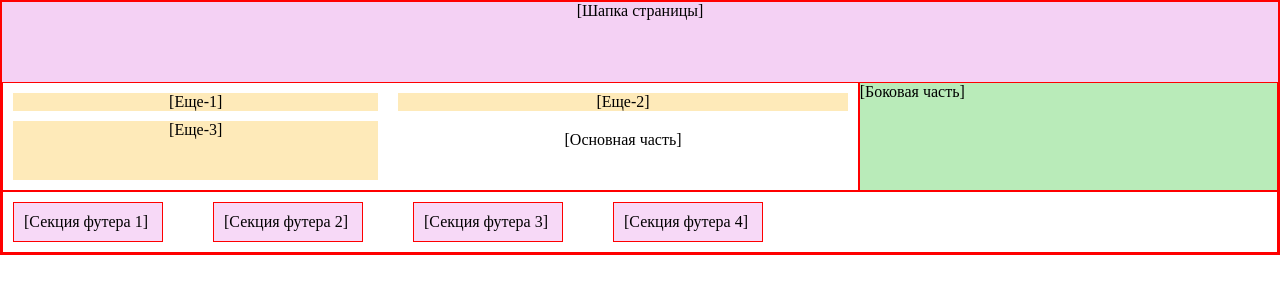
Repository: IrinaGetmanenko/week6
Page: grid.html
The author's editor kept a copy of each file at every save. The page is drawn from the files as they stood at one save, then again after the next save.
The browser window is 1280 px wide. The pictures show the whole page.

Above is the page before, as saved 2022-10-22 20:19:52.

### grid.html
<!DOCTYPE html>
<html lang="en">
<head>
    <meta charset="UTF-8">
    <meta http-equiv="X-UA-Compatible" content="IE=edge">
    <meta name="viewport" content="width=device-width, initial-scale=1.0">
    <title>Document</title>
    <link rel="stylesheet" href="assets\normalize.css">
</head>

<style>

.site{
  border: 2px solid red;
  display: grid;
  grid-template-areas:"header header header "
                       "inner inner  aside"
                       "inner inner aside"
                       "footer footer footer"
}

.header {
  background-color: rgb(244, 209, 244);
  grid-area: header;
  text-align: center;
  height: 80px;
}

.inner{
  border: 1px solid red;
  display: grid;
  grid-area: inner;
  grid-template-areas:"main main"
                       "left right"
                       "bottom bottom"

  background-color: beige;
  gap: 10px 20px;
  text-align: center;
  padding: 10px;


}

.main{
  grid-area: main;
padding: 10px 10px 30px;
 }

.block{
  background-color: rgb(254, 234,185);
  text-align: inherit;
}


.block left
{
  grid-area: left;

}

.block right
{
  grid-area:right;

}
.block bottom
{
  grid-area:bottom;

}


.aside {
  border: 1px solid red;
  grid-area: aside;
  background-color: rgb(185, 235, 185);

}

.footer {
grid-area: footer;
display: grid;
border: 1px solid red;
grid-template-columns: 150px 150px 150px 150px;
padding: 10px;
gap: 50px;
}

.section-1  {

  background-color: rgb(247, 217, 247);
border: 1px solid red;
padding: 10px;

}

.section-2  {
    border: 1px solid red;
  background-color: rgb(247, 217, 247);
  padding: 10px;
}

.section-3  {
    border: 1px solid red;
  background-color: rgb(247, 217, 247);
  padding: 10px;
}

.section-4  {
    border: 1px solid red;
  background-color: rgb(247, 217, 247);
  padding: 10px;
}

</style>
<body>

  <site class=" site">

<header class="header">[Шапка страницы]</header>


<div class="inner">
  <inner class="main">
    <span>[Основная часть]</span>
  </inner>
<div class="block left">
  <span>[Еще-1]</span>
  </div>
  <inner class="block right">
    <span>[Еще-2]</span>
  </inner>
    <inner class="block bottom">
      <span>[Еще-3]</span>
    </inner>
</div>

<aside class="aside">[Боковая часть]</aside>


<footer class="footer">
  <footer class="section-1">
    <span>[Секция футера 1]</span>
  </footer>
  <footer class="section-2">
    <span>[Секция футера 2]</span>
  </footer>
  <footer class="section-3">
    <span>[Секция футера 3]</span>
</footer>
    <footer class="section-4">
      <span>[Секция футера 4]</span>
  </footer>


</footer>

</site>



</body>
</html>

Loaded but not shown: assets/normalize.css (library)

After the next save:
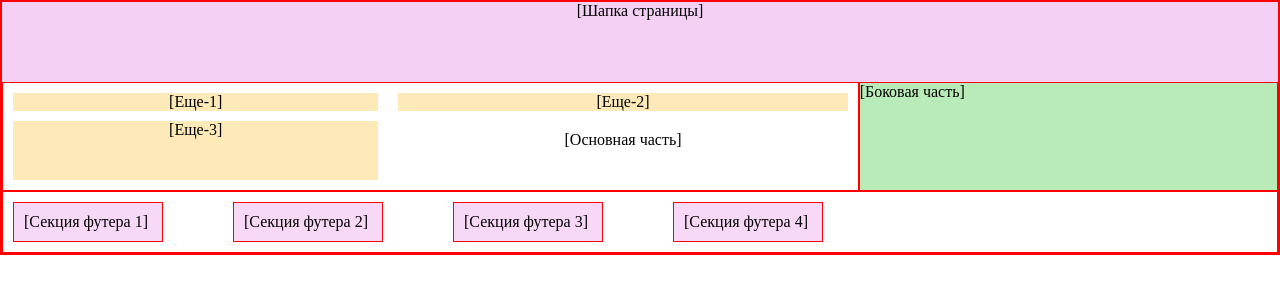
Saved 7 s later.
--- a/grid.html
+++ b/grid.html
@@ -84,7 +84,7 @@ display: grid;
 border: 1px solid red;
 grid-template-columns: 150px 150px 150px 150px;
 padding: 10px;
-gap: 50px;
+gap: 70px;
 }
 
 .section-1  {
